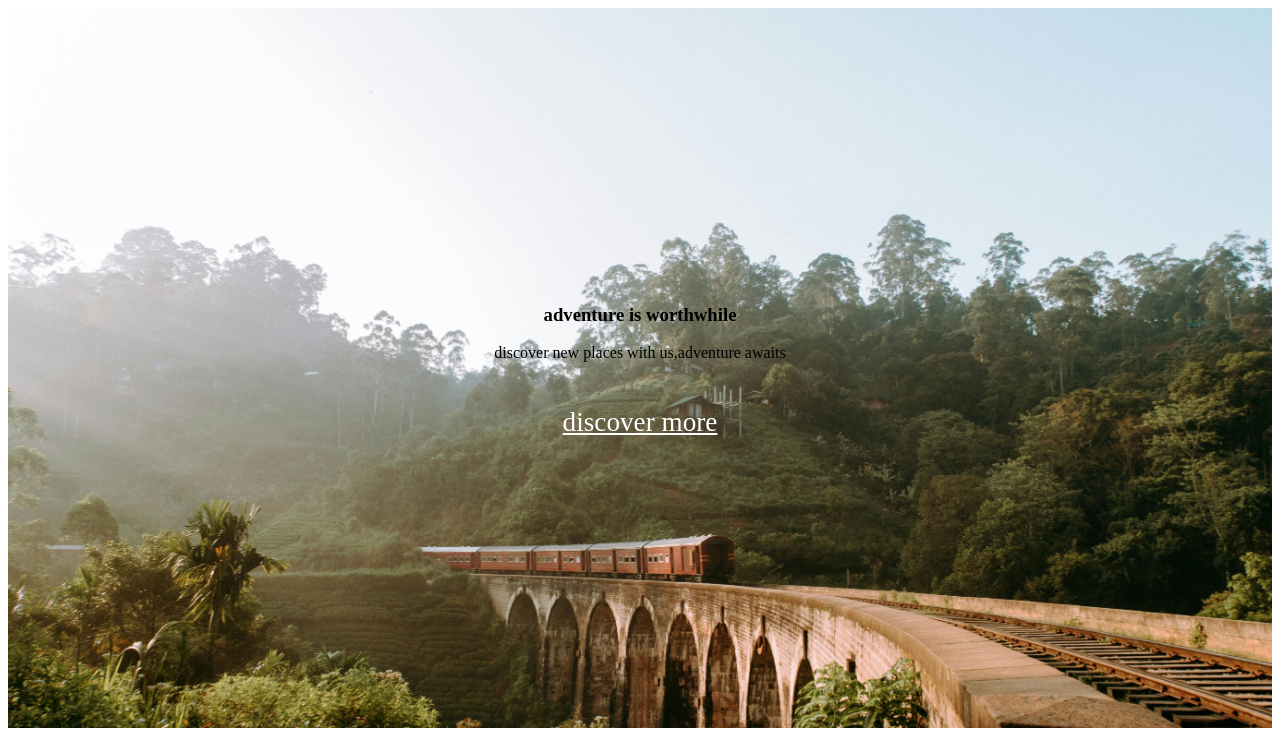
Repository: KasunInd27/Ceylon-Journey
Page: Home/home.html
The author's editor kept a copy of each file at every save. The page is drawn from the files as they stood at one save, then again after the next save.
The browser window is 1280 px wide. The pictures show the whole page.

Above is the page before, as saved 2024-10-05 11:04:43.

After the next save:
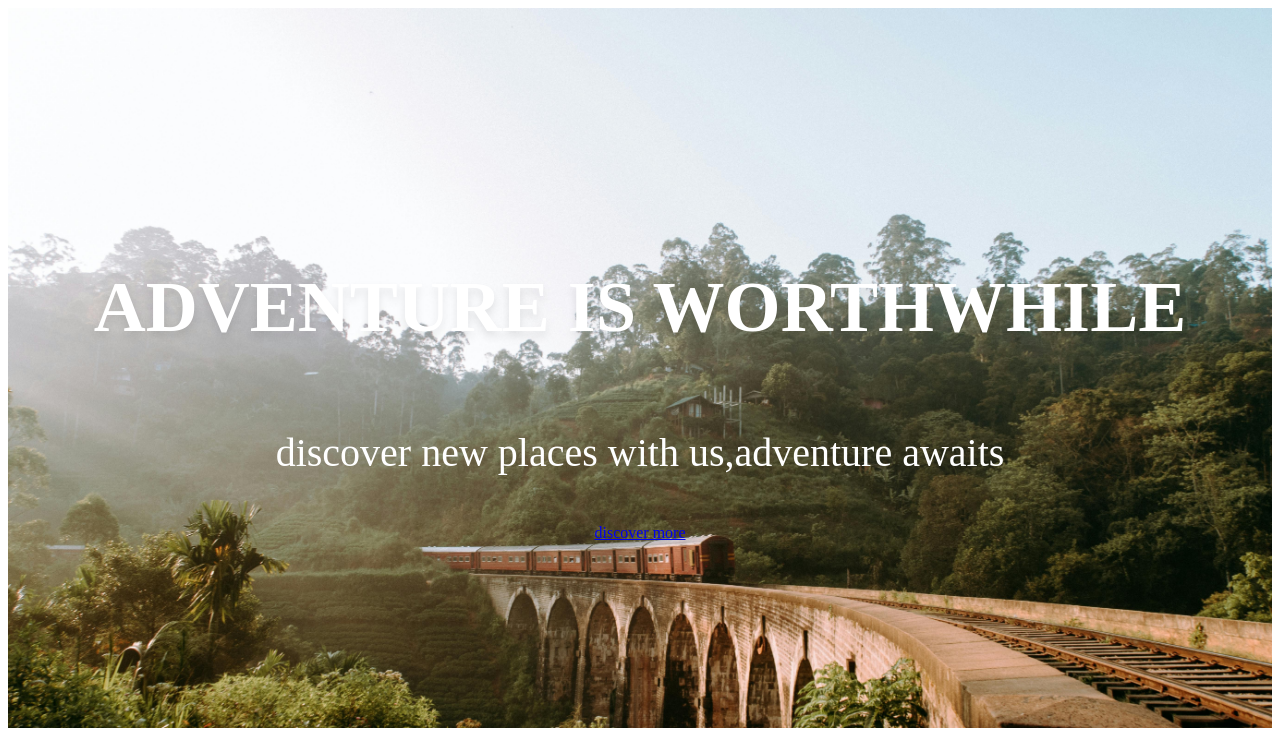
Saved 101 s later.
--- a/Home/CSS/home.css
+++ b/Home/CSS/home.css
@@ -28,13 +28,22 @@
     /* Centers the text within the .content container */
 }
 
-.btn {
-    display: inline-block;
-    margin-top: 1rem;
-    background-color: var(--orange);
+.home .content h3 {
+    font-size: 4.5rem;
+    /* Sets a large font size for the heading */
     color: #fff;
-    padding: .8rem 3rem;
-    border: .2rem solid var(--orange);
-    cursor: pointer;
-    font-size: 1.7rem;
+    /* White text color */
+    text-transform: uppercase;
+    /* Makes the text uppercase */
+    text-shadow: 0 .3rem .5rem rgba(0, 0, 0, .1);
+    /* Adds a soft shadow to the text */
 }
+
+.home .content p {
+    font-size: 2.5rem;
+    /* Sets the font size for paragraphs inside the .content class in the .home section */
+    color: #fff;
+    /* Sets the text color to white */
+    padding: 0.5rem 0;
+    /* Adds vertical padding (top and bottom) of 0.5rem */
+}
